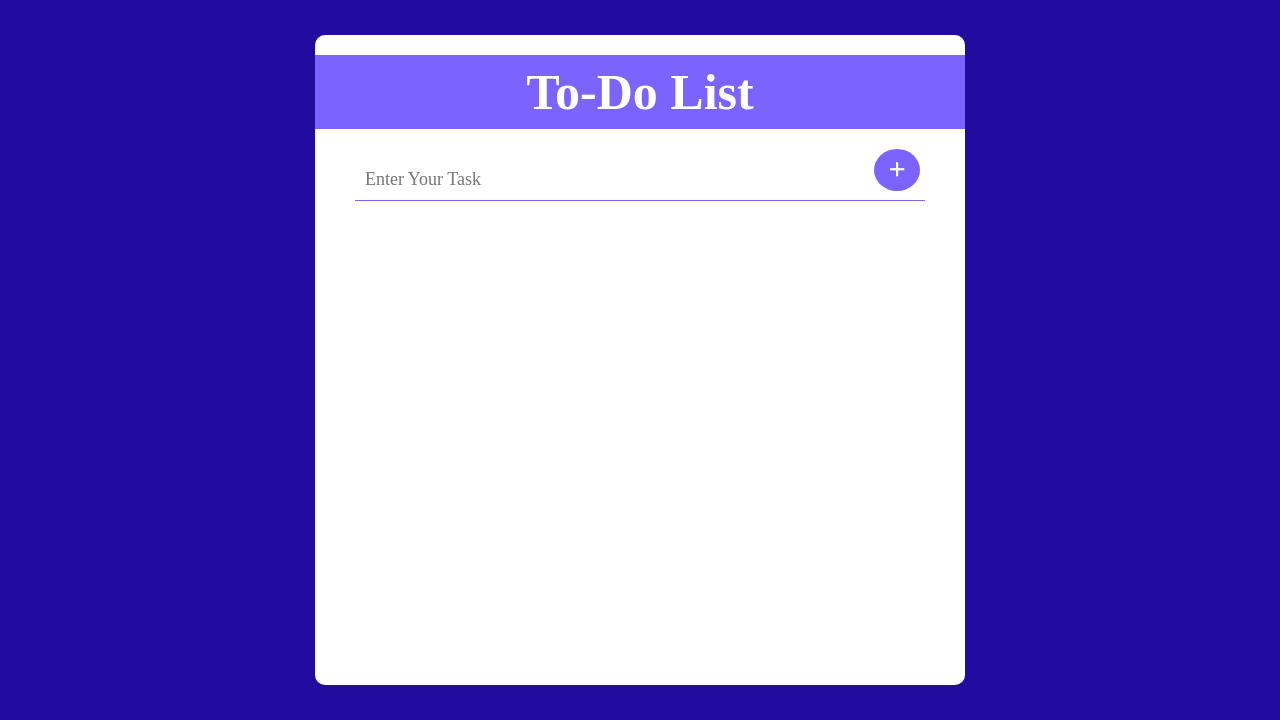
Repository: AliHassan02-Dev/To-Do-App
Page: /, after clicking the first element matching `span.fa-solid`
These files come from the project's save history. The page is drawn as it stood at one moment and after the next save; the edit follows.
The browser window is 1280 px wide. The pictures show the whole page.
Some web libraries are served in a nearby version. The project was rebuilt for these pictures with package versions that can differ from the ones it lists, and the page was loaded fresh each time. Also part of the build but not shown: vite.config.js.

Above is the page before, as saved 2024-10-28 12:04:43.

### src/App.css
* {
  margin: 0;
  padding: 0;
  box-sizing: border-box;
  font-family: poppins;
}

.mainWrapper {
  width: 100%;
  height: 100vh;
  background-color: rgb(34, 12, 160);
  display: flex;
  justify-content: center;
  flex-direction: column;
}

.mainWrapper .container {
  width: 100%;
  max-width: 650px;
  height: 650px;
  background-color: white;
  margin: auto;
  border-radius: 10px;
}

.mainWrapper .container .topBar {
  margin: 20px 0px;
}

.mainWrapper .container .topBar h2 {
  width: 100%;
  text-align: center;
  background-color: rgb(122, 99, 255);
  font-size: 50px;
  padding: 8px;
  color: white;
}

.mainWrapper .container .topBar .addTask {
  width: 100%;
  display: flex;
  justify-content: center;
  align-items: center;
  padding: 10px 40px;
  margin-top: 20px;
  position: relative;
}

.mainWrapper .container .topBar .addTask .wrapper {
  width: 100%;
  display: flex;
  justify-content: center;
  align-items: center;
  position: relative;
}

.mainWrapper .container .topBar .addTask input {
  width: 100%;
  border: none;
  border-bottom: 1px solid rgb(122, 99, 255);
  font-size: 18px;
  padding: 10px;
  outline: none;
}

.mainWrapper .container .topBar .addTask span {
  position: absolute;
  bottom: 10px;
  right: 5px;
  background-color: rgb(122, 99, 255);
  color: white;
  font-size: 18px;
  padding: 12px 15px;
  border-radius: 100%;
  cursor: pointer;
}

.mainWrapper .container .bottomBar {
  margin: 20px 0px;
  padding: 10px 40px;
}

.mainWrapper .container .bottomBar ol {
  list-style-type: none;
}

.mainWrapper .container .bottomBar .taskList {
  width: 100%;
  flex-wrap: nowrap;
  display: flex;
  justify-content: space-between;
  align-items: center;
  border-bottom: 1px solid rgba(100, 100, 100, 0.5);
  padding: 10px 5px;
}

.mainWrapper .container .bottomBar .taskList li {
  font-size: 20px;
  font-weight: 600;
}

.mainWrapper .container .bottomBar .taskList span {
  color: white;
  background-color: rgb(199, 37, 37);
  padding: 8px 11px;
  font-size: 16px;
  border-radius: 100%;
  cursor: pointer;
}

### src/App.jsx
import React, { useState } from "react";
import TaskList from "./Components/TaskList";

const App = () => {
  const [taskValue, setTaskValue] = useState("");
  const [TaskItems, setTaskItems] = useState([]);

  const handleEvent = (e) => {
    setTaskValue(e.target.value);
  };

  const addTaskItem = () => {
    setTaskItems((prevItem) => {
      return [...prevItem, TaskItems];
    });
  };

  return (
    <div className="mainWrapper">
      <div className="container">
        <div className="topBar">
          <h2>To-Do List</h2>

          <div className="addTask">
            <div className="wrapper">
              <input
                type="text"
                placeholder="Enter Your Task"
                onChange={handleEvent}
                value={taskValue}
              />
              <span className="fa-solid fa-plus" onClick={addTaskItem}></span>
            </div>
          </div>
        </div>
        <div className="bottomBar">
          <ol>
            {TaskItems.map((elem, idx) => {
              <TaskList id={idx} key={idx} data={elem} />;
            })}
          </ol>
        </div>
      </div>
    </div>
  );
};

export default App;

### src/Components/TaskList.jsx
import React from "react";

const TaskList = () => {
  return (
    <div className="taskList">
      <li>This is todo task</li>
      <span class="fa-solid fa-trash"></span>
    </div>
  );
};

export default TaskList;

Loaded but not shown: index.html (common file); src/main.jsx (common file)

After the next save:
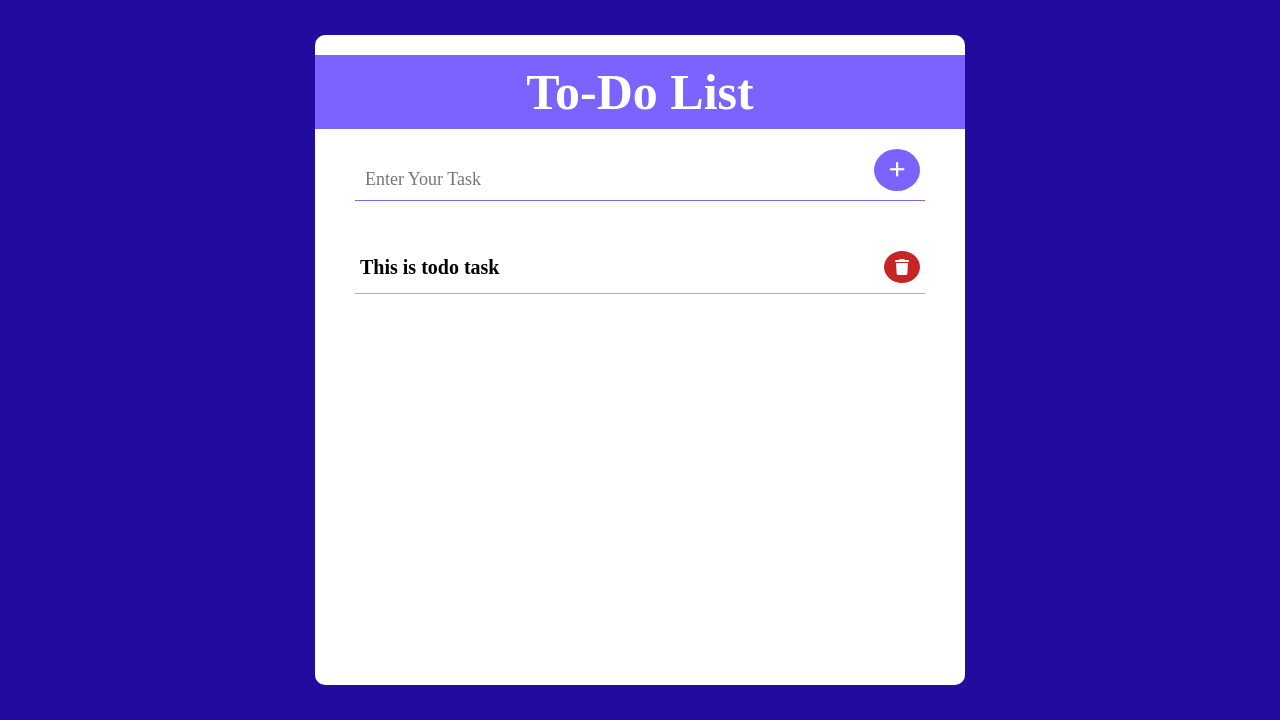
Saved 32 s later.
--- a/src/App.jsx
+++ b/src/App.jsx
@@ -36,7 +36,7 @@ const App = () => {
         <div className="bottomBar">
           <ol>
             {TaskItems.map((elem, idx) => {
-              <TaskList id={idx} key={idx} data={elem} />;
+              return <TaskList id={idx} key={idx} data={elem} />;
             })}
           </ol>
         </div>
